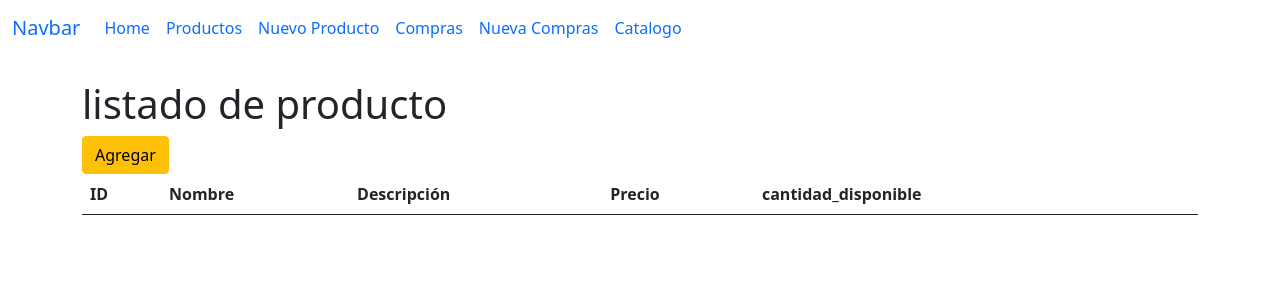
Repository: pedromv753/lp2
Page: http://localhost/listarProductos
An editor plug-in stored every save of this project. The page is shown before and after a run of saves, followed by the edit.
The browser window is 1280 px wide. The pictures show the whole page.
The page is this project's Thymeleaf template; nobody is signed in. The template is opened directly, without the code that normally fills it, so the values that code supplies are empty.

Above is the page before, as saved 2023-10-20 16:34:18.

After the next 2 saves:
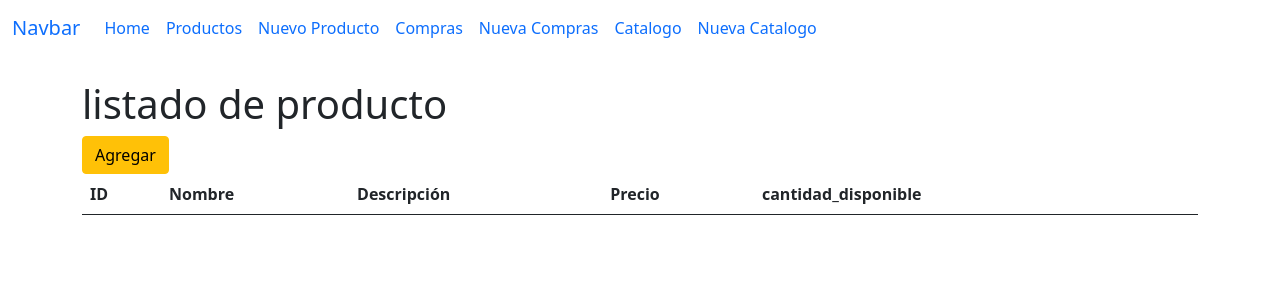
The 2 saves are shown as one change because they came seconds apart.
The last was saved 23 s later.
--- a/inventario/proyectoinventario/src/main/resources/templates/listarProductos.html
+++ b/inventario/proyectoinventario/src/main/resources/templates/listarProductos.html
@@ -32,6 +32,7 @@
 						<a class="nav-link" href="/compras/">Compras</a>
 						<a class="nav-link" href="/compras/nuevo">Nueva Compras</a>
 						<a class="nav-link" href="/catalogo/">Catalogo</a>
+						<a class="nav-link" href="/catalogo/nuevo">Nueva Catalogo</a>
 					</div>
 				</div>
 			</div>
